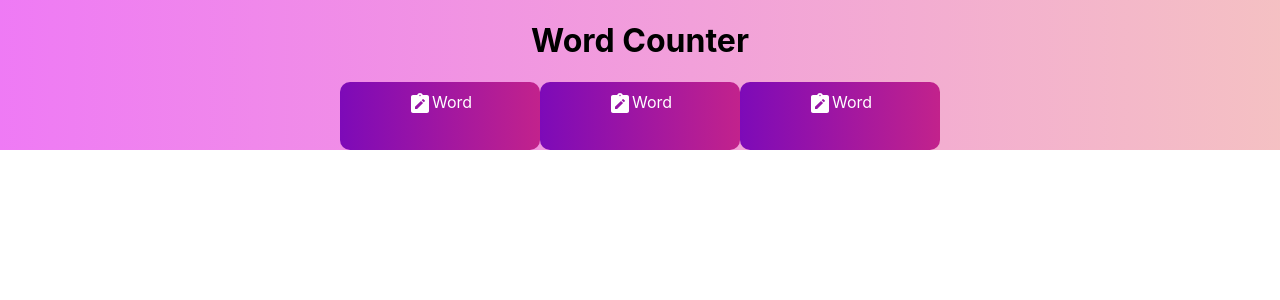
Repository: 123cuongcao/nopbai-basic
Page: /
An editor plug-in stored every save of this project. The page is shown before and after the next save, followed by the edit.
The browser window is 1280 px wide. The pictures show the whole page.
The project was rebuilt for these pictures with package versions that can differ from the ones it lists, and the page was loaded fresh each time.

Above is the page before, as saved 2023-08-15 11:22:29.

After the next save:
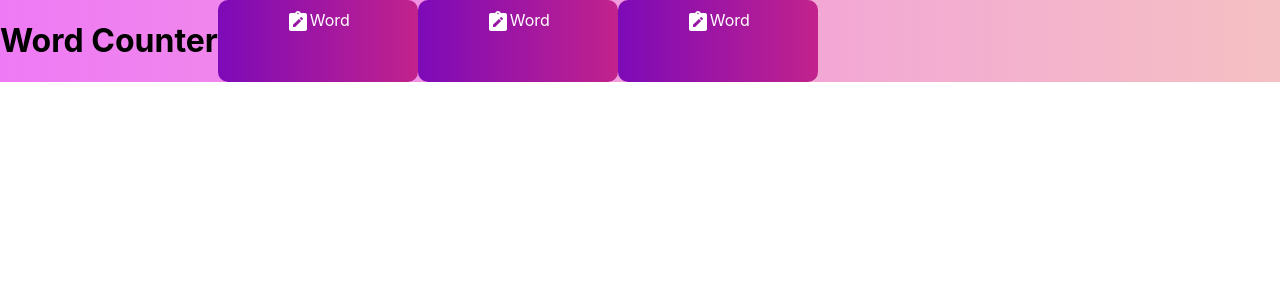
Saved 52 s later.
--- a/src/components/index.jsx
+++ b/src/components/index.jsx
@@ -7,9 +7,7 @@
       style={{
         background: "linear-gradient(to right,#e002ec86,#f3b6b9db",
         display:'flex',
-        justifyContent:"center",
-        flexDirection:'column',
-        alignItems:'center'
+
 
       }}
     >
